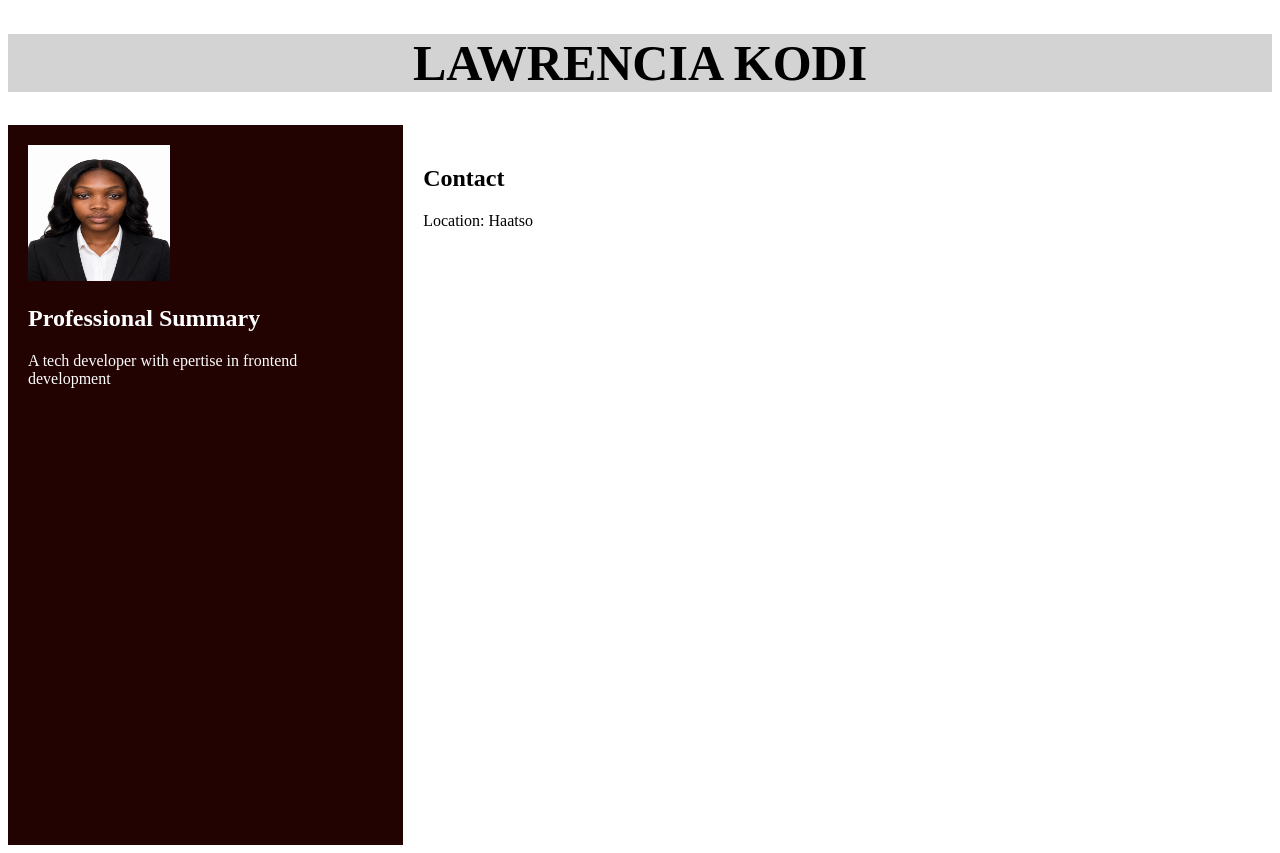
Repository: lawrencia-coder/T4G_CV
Page: index.html
These files come from the project's save history. The page is drawn as it stood at one moment and after a run of saves; the edit follows.
The browser window is 1280 px wide. The pictures show the whole page.
Some web libraries are served in a nearby version.

Above is the page before, as saved 2026-07-09 08:02:18.

After the next 3 saves:
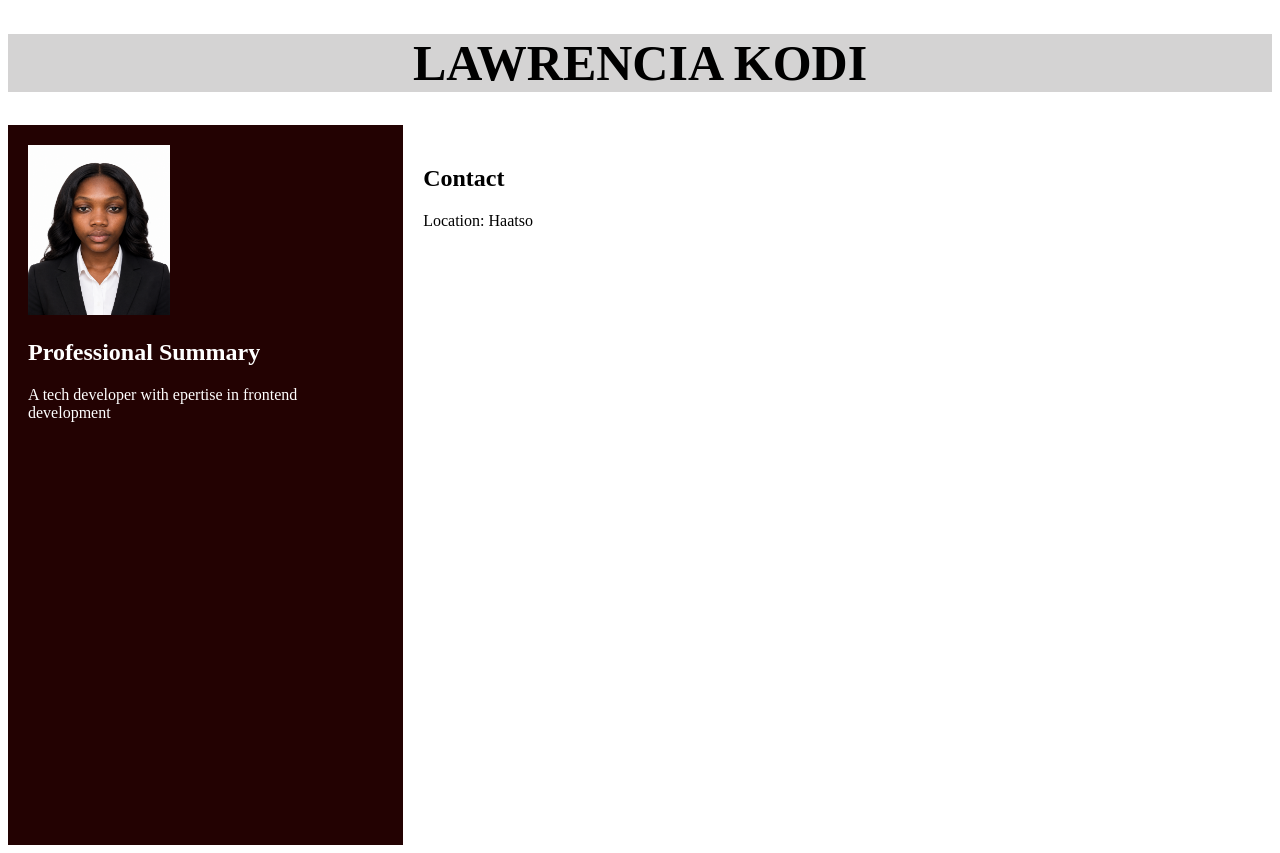
The 3 saves are shown as one change because they came seconds apart.
The last was saved 8 s later.
--- a/index.html
+++ b/index.html
@@ -11,7 +11,7 @@
     <h1>LAWRENCIA KODI</h1>
     <div class="cv-container">
         <div class="left-column">
-            <img src="images/passport pic 1.png" alt="" width="40%" height="20%">
+            <img src="images/passport pic 1.png" alt="" width="40%" height="25%">
             <h2>Professional Summary</h2>
               <p>A tech developer with epertise in frontend development</p>
         </div>
